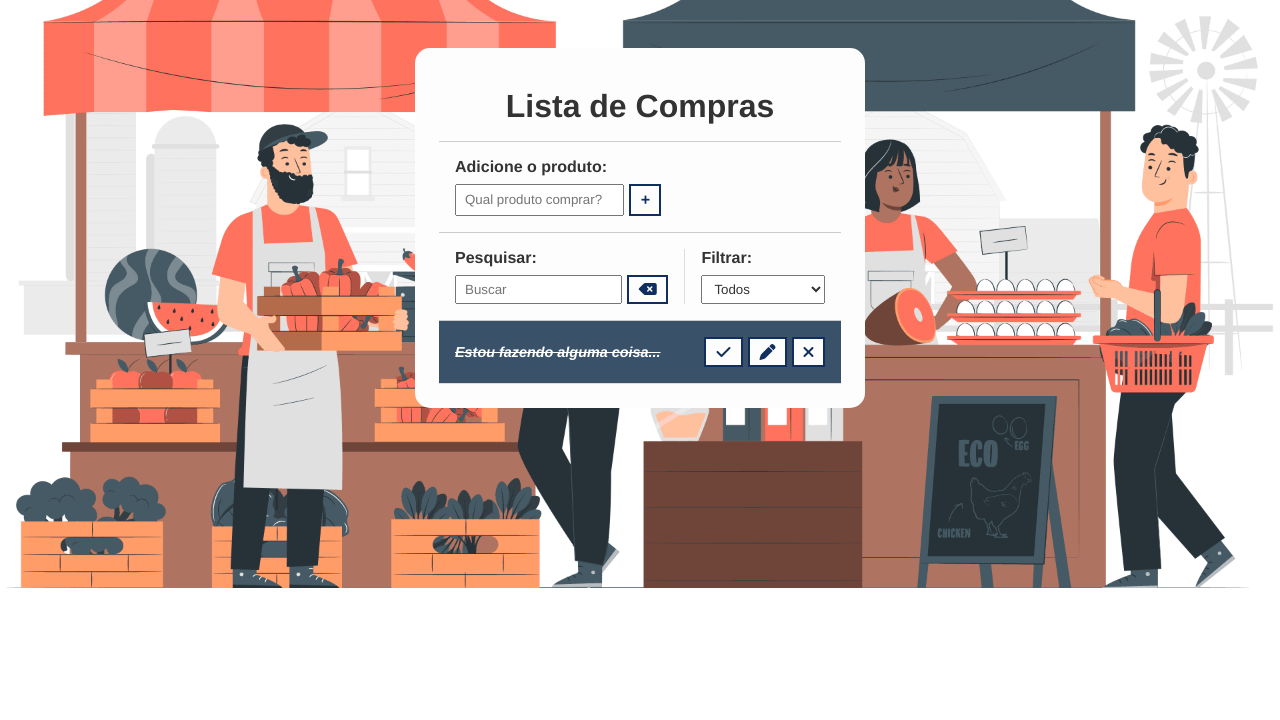
Repository: Dkrvalho/mercado
Page: index.html
An editor plug-in stored every save of this project. The page is shown before and after the next save, followed by the edit.
The browser window is 1280 px wide. The pictures show the whole page.

Above is the page before, as saved 2023-01-09 14:54:29.

### index.html
<!DOCTYPE html>
<html lang="en">
<head>
    <meta charset="UTF-8">
    <meta http-equiv="X-UA-Compatible" content="IE=edge">
    <meta name="viewport" content="width=device-width, initial-scale=1.0">
    <!-- CSS -->
    <link rel="stylesheet" href="css/style.css">
    <!-- Font Awesome -->
    <link rel="stylesheet" href="https://cdnjs.cloudflare.com/ajax/libs/font-awesome/6.2.1/css/all.min.css" integrity="sha512-MV7K8+y+gLIBoVD59lQIYicR65iaqukzvf/nwasF0nqhPay5w/9lJmVM2hMDcnK1OnMGCdVK+iQrJ7lzPJQd1w==" crossorigin="anonymous" referrerpolicy="no-referrer" />
    <!-- JS -->
    <script src="js/script.js" defer></script>
    <!-- defer faz com que o js seja carregado após o html -->
    <title>Lista de Compras</title>
</head>
<body>
    <main class="container">
        <header>
            <h1>Lista de Compras</h1>
        </header>
        <form id="todo-form">
            <p>Adicione o produto:</p>
            <div class="form-control">
                <input type="text" id="todo-input" placeholder="Qual produto comprar?">
                <button type="submit">
                    <i class="fa-thin fa-plus"></i>
                </button>
            </div>
        </form>
        <form id="edit-form" class="hide">
            <p>Edite o produto</p>
            <div id="form-control">
                <input type="text" id="edit-input">
                <button type="submit">
                    <i class="fa-solid fa-check-double"></i>
                </button>
            </div>
            <button id="cancel-edit-btn">Cancelar</button>
        </form>
        <div id="toolbar">
            <div id="search">
                <h4>Pesquisar:</h4>
                <form>
                    <input type="text" id="search-input" placeholder="Buscar">
                    <button id="erase-btn">
                        <i class="fa-solid fa-delete-left"></i>
                    </button>
                </form>
            </div>
            <div id="filter">
                <h4>Filtrar:</h4>
                <select id="filter-select">
                    <option value="all">Todos</option>
                    <option value="done">Comprados</option>
                    <option value="todo">A comprar</option>
                </select>
            </div>
        </div>
        <div id="todo-list">
            <div class="todo done">
                <h3>Estou fazendo alguma coisa...</h3>
                <button class="finish-todo">
                    <i class="fa-solid fa-check"></i>
                </button>
                <button class="edit-todo">
                    <i class="fa-solid fa-pen"></i>
                </button>
                <button class="remove-todo">
                    <i class="fa-solid fa-xmark"></i>
                </button>
            </div>
        </div>
    </main>
</body>
</html>

### css/style.css
/* Geral */
* {
    padding: 0;
    margin: 0;
    font-family: Helvetica, sans-serif, Arial;
    color: #333;
    box-sizing: border-box;
}

body {
    background-image: url("../img/fundo.png");
    background-position: center;
    background-size:cover;
    background-repeat: no-repeat;
}

button {
    background-color: #fdfdfd;
    color: #102f5e;
    border: 2px solid #102f5e;
    padding: .3rem .6rem;
    font-size: 1rem;
    cursor: pointer;
    display: flex;
    justify-content: center;
    align-items: center;
    transition: .4s;
}

button:hover {
    background-color: #102f5e;
    color: #fdfdfd;
}

button:hover > i {
    color: #fdfdfd;
}

button i {
    color: #102f5e;
    font-weight: bold;
    pointer-events: none;
}

input, select {
    padding: .25rem .5rem;
}

.hide {
    display: none;
}

/* To Do Header */
.container {
    max-width: 450px;
    margin: 3rem auto;
    background-color: #fdfdfd;
    padding: 1.5rem;
    border-radius: 15px;
}

.container header {
    text-align: center;
    padding: 1rem 1rem;
    border-bottom: 1px solid #ccc;
}

/* Form */
#todo-form, #edit-form {
    padding: 1rem;
    border-bottom: 1px solid #ccc;
}

#todo-form p, #edit-form p {
    margin-bottom: .5rem;
    font-weight: bold;
}

.form-control {
    display: flex;
}

.form-control input {
    margin-right: .3rem;
}

#cancel-edit-btn {
    margin-top: 1rem;
}

/* To Do toolbar */
#toolbar {
    padding: 1rem;
    border-bottom: 1px solid #ccc;
    display: flex;
}

#toolbar h4 {
    margin-bottom: .5rem;
}

#search {
    border-right: 1px solid #ddd;
    padding-right: 1rem;
    margin-right: 1rem;
    width: 65%;
    display: flex;
    flex-direction: column;
}

#search form {
    display: flex;
}

#search input {
    width: 100%;
    margin-right: .3rem;
}

#filter {
    width: 35%;
    display: flex;
    flex-direction: column;
}

#filter select {
    flex: 1;
}

/* To Do List */

.todo {
    display: flex;
    justify-content: space-around;
    align-items: center;
    padding: 1rem;
    border-bottom: 1px solid #ddd;
    transition: .4s;
}

.todo h3 {
    flex: 1;
    font-size: .9rem;
}

.todo button {
    margin-left: .3rem;
}

.done {
    background-color: #395169;
}

.done h3 {
    color: #fff;
    text-decoration: line-through;
    font-style: italic;
}

Loaded but not shown: js/script.js (no copy from this time; the picture is the same without it)

After the next save:
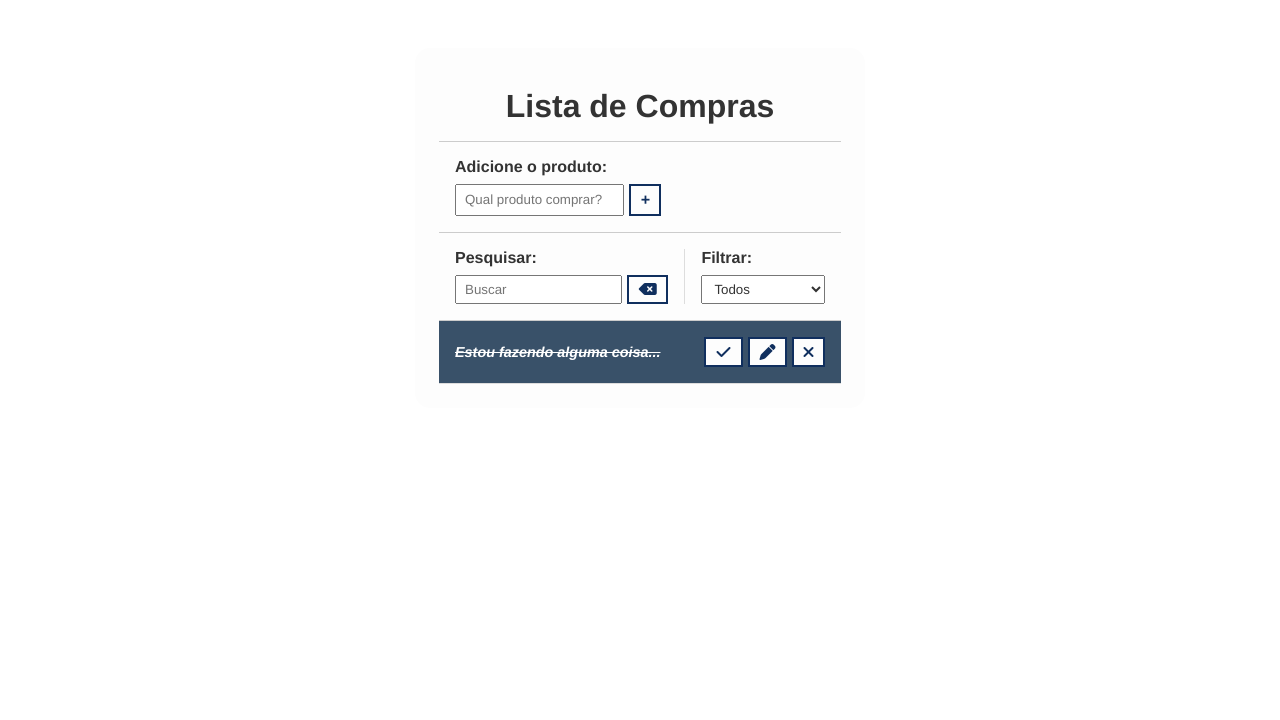
Not found: css/images/bg.jpg
Saved 87 s later.
--- a/css/style.css
+++ b/css/style.css
@@ -7,12 +7,13 @@
     box-sizing: border-box;
 }
 
-body {
-    background-image: url("../img/fundo.png");
-    background-position: center;
-    background-size:cover;
-    background-repeat: no-repeat;
-}
+html {
+    background: url(images/bg.jpg) no-repeat center center fixed;
+    -webkit-background-size: cover;
+    -moz-background-size: cover;
+    -o-background-size: cover;
+    background-size: cover;
+  }
 
 button {
     background-color: #fdfdfd;

After the 2 saves that followed:
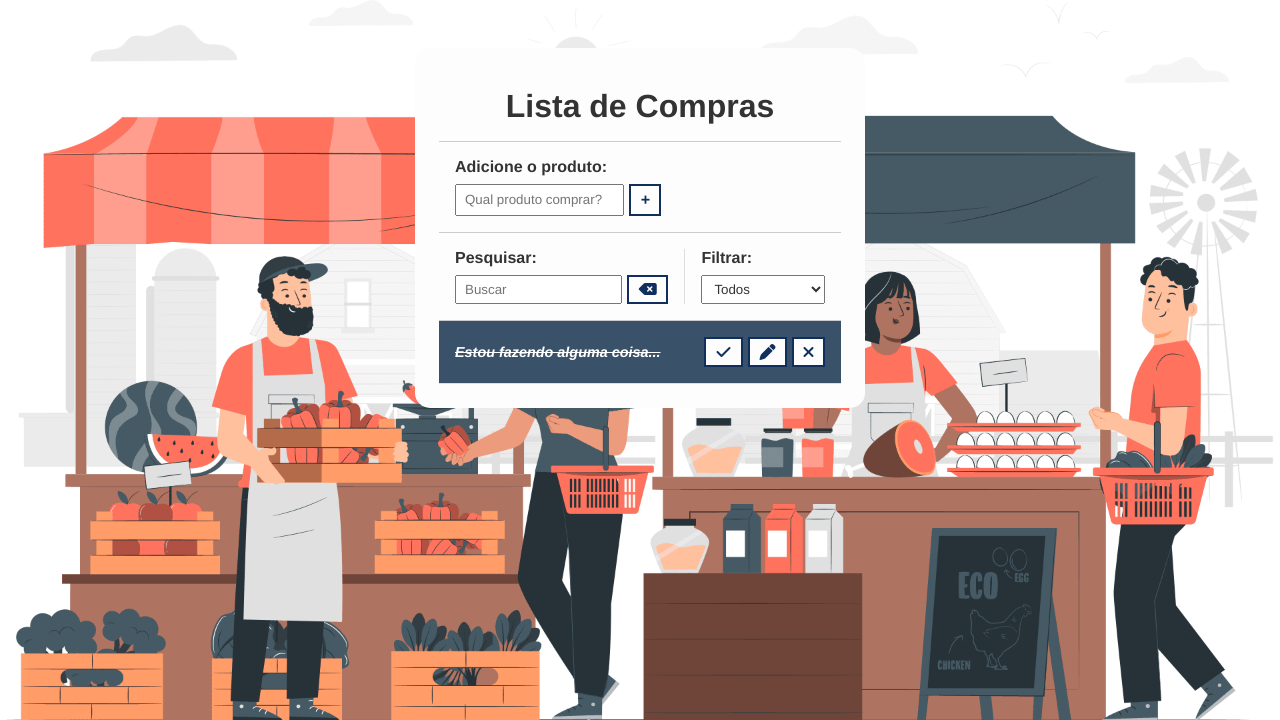
The 2 saves are shown as one change because they came seconds apart.
The last was saved 11 s later.
--- a/css/style.css
+++ b/css/style.css
@@ -8,7 +8,7 @@
 }
 
 html {
-    background: url(images/bg.jpg) no-repeat center center fixed;
+    background: url(../img/fundo.png) no-repeat center center fixed;
     -webkit-background-size: cover;
     -moz-background-size: cover;
     -o-background-size: cover;
